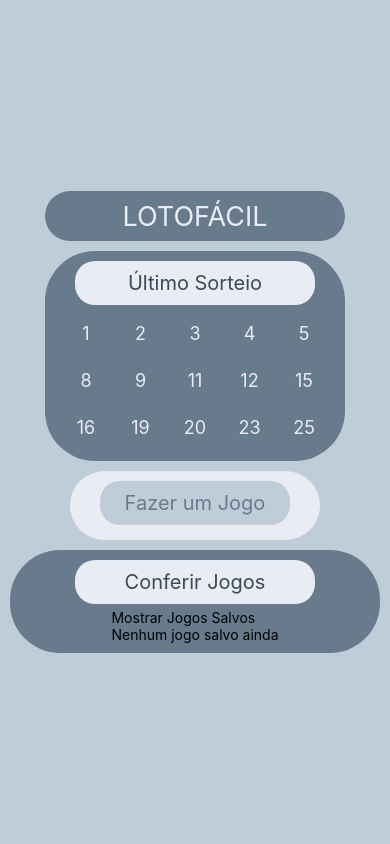
Repository: Deyvid-Kasteh/LotofacilApp
Screen: /
These files come from the project's save history. The screen is drawn as it stood at one moment and after the next save; the edit follows.
The app was drawn by React Native's web renderer in a window 390 px wide. The project was rebuilt for these pictures with package versions that can differ from the ones it lists, and the page was loaded fresh each time. Also part of the build but not shown: Bolhas.js, components/Resultado.js, assets/Cores.js, components/Jogo.js, paginaTESTE.js, paginaTESTE2.js, SeuComponentePai.js, components/ResultadoTexte2.js.

Above is the screen before, as saved 2023-12-02 22:48:06.

### App.js
import { StatusBar } from 'expo-status-bar';
import { Text, View } from 'react-native';
import MainPage from './pages/MainPage';

export default function App() {
  return (
    <MainPage/>
  );
}

### pages/MainPage.js
import { View, Text } from 'react-native'
import React from 'react'
import { StatusBar } from "expo-status-bar";
import Resultado from '../components/Resultado';
import PaginaTesteee from '../paginaTESTE';
import Teste2pagina from '../paginaTESTE2';
import SeuComponentePai from '../SeuComponentePai';
import ResultadoTexte from '../components/ResultadoTexte';
import ResultadoTexte2 from '../components/ResultadoTexte2';
import MostrarJogosSalvos from '../components/MostrarJogosSalvos';
import ResultadoTexteParaFazerCorreções from '../paginaTESTE';


const MainPage = () => {
  return (
    <View
      style={{
        flex: 1,
        alignItems: "center",
        justifyContent: "flex-start",
        backgroundColor: "#BFCDD9",
      }}
    >
      <StatusBar style="auto" />
      {/* <Text>Lotofácil</Text> */}
      {/* <Resultado /> */}
      {/* <PaginaTesteee /> */}
      {/* <Teste2pagina/> */}
      {/* <SeuComponentePai/> */}
      <ResultadoTexte />
      {/* <ResultadoTexte2/> */}
      {/* <MostrarJogosSalvos /> */}
      {/* <ResultadoTexteParaFazerCorreções/> */}
    </View>
  );
}

export default MainPage

### components/ResultadoTexte.js
import { View, Text, TouchableOpacity } from "react-native";
import React, { useState } from "react";
import AsyncStorage from "@react-native-async-storage/async-storage";

import Bubble from "./Bubble";
import latestJson from "../Latest.json";
import Bolhas from "../Bolhas";
import Jogo from "./Jogo";
import MostrarJogosSalvos from "./MostrarJogosSalvos";

// Defina constantes para cores
const backgroundColor1 = "#687B8C";
const backgroundColor2 = "#394A59";
const backgroundColor3 = "#E9ECF2";

const bolhasContainerStyle = {
  flexWrap: "wrap",
  flexDirection: "row",
  alignContent: "center",
  justifyContent: "space-evenly",
};
const ResultadoTexte = () => {
  const [viewHeight, setViewHeight] = useState(50);
  const toggleHeight = () => {
    const newHeight = viewHeight === 50 ? 200 : 50;
    setViewHeight(newHeight);
    console.log("mudou");
  };

  const [alturaView1, setAlturaView1] = useState(200);
  const toggleAltura = () => {
    const novaAltura = alturaView1 === 200 ? 50 : 200;
    setAlturaView1(novaAltura);
  };

  const [alturaView3, setAlturaView3] = useState(200);
  const toggleAlturaView3 = () => {
    const novaAlturaView3 = alturaView3 === 200 ? 50 : 200;
    setAlturaView3(novaAlturaView3);
  };

  const dezenas = latestJson.Dezenas;

  const renderFazerJogo = () => {
    const [chosenNumbers, setChosenNumbers] = useState([]);
    const bolhasSelecionadas = chosenNumbers.length;
    const onSaveJogoPress = async () => {
      if (bolhasSelecionadas === 15) {
        try {
          // Recupera os jogos já salvos (se existirem)
          const jogosSalvosJSON = await AsyncStorage.getItem("meusJogos");
          const jogosSalvos = jogosSalvosJSON
            ? JSON.parse(jogosSalvosJSON)
            : [];

          // Cria um objeto representando o jogo atual
          const jogoAtual = {
            numerosSelecionados: chosenNumbers,
            data: new Date().toLocaleString(),
          };

          // Adiciona o jogo atual à lista de jogos
          jogosSalvos.push(jogoAtual);

          // Salva a lista atualizada de jogos no AsyncStorage
          await AsyncStorage.setItem("meusJogos", JSON.stringify(jogosSalvos));

          console.log("Jogo salvo!");
          // Limpa os números escolhidos após salvar o jogo
          setChosenNumbers([]);
        } catch (error) {
          console.error("Erro ao salvar o jogo:", error);
        }
      } else {
        console.log("Selecione exatamente 15 números para salvar o jogo.");
      }
    };
    const handleBolhaPress = (numero) => {
      if (chosenNumbers.includes(numero)) {
        setChosenNumbers(chosenNumbers.filter((num) => num !== numero));
      } else {
        if (bolhasSelecionadas < 15) {
          setChosenNumbers([...chosenNumbers, numero]);
        }
      }
    };
    const dezenasParaEscolher = Array.from({ length: 25 }, (_, i) => i + 1);

    if (viewHeight === 50) {
      return null;
    } else {
      return (
        <View style={{ justifyContent: "center", alignItems: "center" }}>
          <View style={{}}>
            <Text
              style={{
                color: backgroundColor3,
                fontSize: 16,
              }}
            >
              Escolha 15 números
            </Text>
          </View>
          <View style={bolhasContainerStyle}>
            {dezenasParaEscolher.map((numero, index) => (
              <Bolhas
                key={index}
                numero={numero}
                choose={chosenNumbers.includes(numero)}
                onPress={() => handleBolhaPress(numero)}
              />
            ))}
          </View>
          <View key="números" style={{}}>
            <Text
              style={{
                color: backgroundColor3,
                fontSize: 16,
              }}
            >
              {bolhasSelecionadas} números selecionados
            </Text>
            <TouchableOpacity onPress={onSaveJogoPress}>
              <Text
                style={{
                  color: bolhasSelecionadas === 15 ? "green" : backgroundColor3,
                }}
              >
                SALVAR JOGO
              </Text>
            </TouchableOpacity>
            {/* <TouchableOpacity onPress={onDeleteJogosPress}>
              <Text style={{ color: "red" }}>DELETAR JOGOS</Text>
            </TouchableOpacity> */}
          </View>
        </View>
      );
    }
  };

  const renderConferirJogos = () => {
    const [chosenNumbers, setChosenNumbers] = useState([]);
    const handleBolhaPress = (numero) => {
      if (chosenNumbers.includes(numero)) {
        setChosenNumbers(chosenNumbers.filter((num) => num !== numero));
      } else {
        // Adicione a lógica para permitir no máximo 15 bolhas selecionadas
        if (chosenNumbers.length < 15) {
          setChosenNumbers([...chosenNumbers, numero]);
        }
      }
    };
    const dezenasParaEscolher = Array.from({ length: 25 }, (_, i) => i + 1);
    if (alturaView3 === 50) {
      return null; // Retorna null se a altura for 50
    } else {
      return (
        <View style={bolhasContainerStyle}>
          <MostrarJogosSalvos />
        </View>
      );
    }
  };

  return (
    <View
      style={{
        flex: 1,
        justifyContent: "center",
        alignItems: "center",
      }}
    >
      <View
        style={{
          width: 300,
          height: 50,
          borderRadius: 50,
          alignItems: "center",
          justifyContent: "center",
          elevation: 2,
          backgroundColor: backgroundColor1,
          marginBottom: 10,
        }}
      >
        <Text
          style={{
            color: backgroundColor3,
            fontSize: 27,
          }}
        >
          LOTOFÁCIL
        </Text>
      </View>

      <View
        key="1"
        style={[
          {
            width: 300,
            padding: 10,
            borderRadius: 50,
            alignItems: "center",
            elevation: 2,
            backgroundColor: backgroundColor1,
            marginBottom: 10,
          },
          alturaView1 === 50
            ? { width: 250, backgroundColor: "#E9ECF2" }
            : { width: 300, backgroundColor: "#687B8C" },
        ]}
      >
        <TouchableOpacity
          style={[
            {
              width: 240,
              backgroundColor: backgroundColor3,
              elevation: 5,
              justifyContent: "center",
              alignItems: "center",
              padding: 10,
              borderRadius: 20,
              marginBottom: 5,
            },
            alturaView1 === 50
              ? { width: 190, backgroundColor: "#BFCDD9" }
              : { width: 240, backgroundColor: "#E9ECF2" },
          ]}
          onPress={() => toggleAltura()}
        >
          <Text
            style={{
              fontSize: 20,
              color: alturaView1 === 50 ? backgroundColor1 : backgroundColor2,
            }}
          >
            Último Sorteio
          </Text>
        </TouchableOpacity>

        {alturaView1 === 200 && (
          <View style={bolhasContainerStyle}>
            {dezenas.map((numero, index) => (
              <Bubble key={index} numero={numero} />
            ))}
          </View>
        )}
      </View>

      <View
        key="2"
        style={[
          {
            width: 300,
            padding: 10,
            borderRadius: 50,
            alignItems: "center",
            elevation: 2,
            marginBottom: 10,
          },
          viewHeight === 50
            ? { width: 250, backgroundColor: "#E9ECF2" }
            : { width: 300, backgroundColor: "#687B8C" },
        ]}
      >
        <TouchableOpacity
          style={[
            {
              width: 240,
              elevation: 5,
              justifyContent: "center",
              alignItems: "center",
              padding: 10,
              borderRadius: 20,
              marginBottom: 5,
            },
            viewHeight === 50
              ? { width: 190, backgroundColor: "#BFCDD9" }
              : { width: 240, backgroundColor: "#E9ECF2" },
          ]}
          onPress={() => toggleHeight()}
        >
          <Text
            style={{
              fontSize: 20,
              color: viewHeight === 50 ? backgroundColor1 : backgroundColor2,
            }}
          >
            Fazer um Jogo
          </Text>
        </TouchableOpacity>
        {renderFazerJogo()}
      </View>
      <View
        key="3"
        style={[
          {
            width: 300,
            padding: 10,
            borderRadius: 50,
            alignItems: "center",
            elevation: 2,
          },
          alturaView3 === 50
            ? { width: 250, backgroundColor: "#E9ECF2" }
            : { width: 370, backgroundColor: "#687B8C" },
        ]}
      >
        <TouchableOpacity
          style={[
            {
              width: 240,
              elevation: 5,
              justifyContent: "center",
              alignItems: "center",
              padding: 10,
              borderRadius: 20,
              marginBottom: 5,
            },
            alturaView3 === 50
              ? { width: 190, backgroundColor: "#BFCDD9" }
              : { width: 240, backgroundColor: "#E9ECF2" },
          ]}
          onPress={() => toggleAlturaView3()}
        >
          <Text
            style={{
              fontSize: 20,
              color: alturaView3 === 50 ? backgroundColor1 : backgroundColor2,
            }}
          >
            Conferir Jogos
          </Text>
        </TouchableOpacity>
        {renderConferirJogos()}
        {/* <MostrarJogosSalvos/> */}
      </View>
    </View>
  );
};

export default ResultadoTexte;

### components/MostrarJogosSalvos.js

import React, { useState, useEffect } from "react";
import { View, Text, TouchableOpacity } from "react-native";
import AsyncStorage from "@react-native-async-storage/async-storage";
import Jogo from "./Jogo";

const MostrarJogosSalvos = () => {
  const [jogosSalvos, setJogosSalvos] = useState([]);

  // Adicione a função saveJogos
  const saveJogos = async (jogos) => {
    try {
      await AsyncStorage.setItem("meusJogos", JSON.stringify(jogos));
    } catch (error) {
      console.error("Erro ao salvar jogos:", error);
    }
  };

  const handleDelete = async (index) => {
    try {
      const jogosAtualizados = [...jogosSalvos];
      jogosAtualizados.splice(index, 1);

      await saveJogos(jogosAtualizados);

      setJogosSalvos(jogosAtualizados);
    } catch (error) {
      console.error("Erro ao deletar jogo:", error);
    }
  };

  useEffect(() => {
    const carregarJogosSalvos = async () => {
      try {
        const jogosSalvosJSON = await AsyncStorage.getItem("meusJogos");
        const jogosSalvos = jogosSalvosJSON ? JSON.parse(jogosSalvosJSON) : [];
        setJogosSalvos(jogosSalvos);
      } catch (error) {
        console.error("Erro ao carregar jogos salvos:", error);
      }
    };

    carregarJogosSalvos();
  }, []);

  return (
    <View>
      <TouchableOpacity onPress={() => console.log("Mostrar jogos salvos")}>
        <Text>Mostrar Jogos Salvos</Text>
      </TouchableOpacity>

      {jogosSalvos.length === 0 ? (
        <Text>Nenhum jogo salvo ainda</Text>
      ) : (
        jogosSalvos.map((jogo, index) => (
          <Jogo
            key={index}
            numerosSelecionados={jogo.numerosSelecionados}
            onDelete={() => handleDelete(index)}
          />
        ))
      )}
    </View>
  );
};

export default MostrarJogosSalvos;

### components/Bubble.js
import { View, Text } from "react-native";
import React from "react";

const Bubble = (props) => {
  if (props.choose) {console.log(props.choose)}
  return (
    <View
      style={[
        {
          width: 35,
          height: 35,
          // backgroundColor: "#394A59",
          // backgroundColor: "#687B8C",

          borderRadius: 50,
          alignContent: "center",
          justifyContent: "center",
          alignItems: "center",
          margin: 6,
          // elevation: 5,
          opacity: 1,
        },
        props.choose
          ? { backgroundColor: "#394A59" }
          : { backgroundColor: "#687B8C" },
      ]}
    >
      <Text
        style={{
          color: "#E9ECF2",
          fontSize: 18,
        }}
      >
        {props.numero}
      </Text>
    </View>
  );
};

export default Bubble;

### Latest.json
{
  "concurso": 2960,
  "Data Sorteio": "22/11/2023",
  "Dezenas": [
    1,
    2,
    3,
    4,
    5,
    8,
    9,
    11,
    12,
    15,
    16,
    19,
    20,
    23,
    25
  ],
  "Ganhadores 15 acertos": 3,
  "Cidade / UF": "BRASILIA/DF; JARAGUA/GO; IPATINGA/MG",
  "Premio 15 Acertos": "R$1.639.439,24",
  "Ganhadores 14 Acertos": 433,
  "Premio 14 Acertos": "R$1.732,84",
  "Ganhadores 13 Acertos": 13831,
  "Premio 13 Acertos": "R$30,00",
  "Ganhadores 12 Acertos": 163567,
  "Premio 12 Acertos": "R$12,00",
  "Ganhadores 11 Acertos": 882304,
  "Premio 11 Acertos": "R$6,00"
}

After the next save:
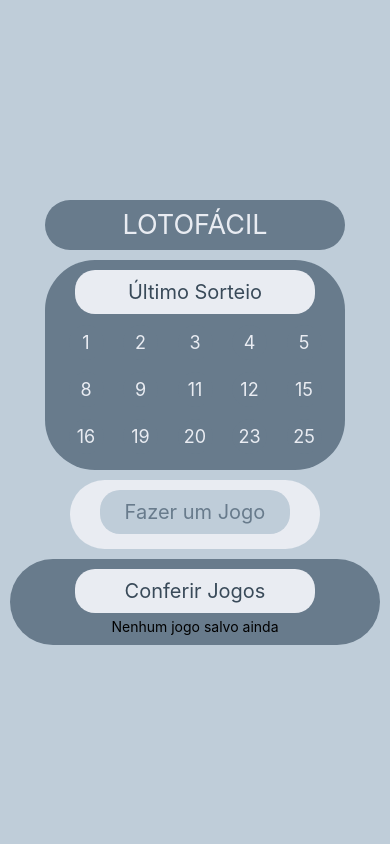
Saved 54 s later.
--- a/components/MostrarJogosSalvos.js
+++ b/components/MostrarJogosSalvos.js
@@ -46,7 +46,6 @@
   return (
     <View>
       <TouchableOpacity onPress={() => console.log("Mostrar jogos salvos")}>
-        <Text>Mostrar Jogos Salvos</Text>
       </TouchableOpacity>
 
       {jogosSalvos.length === 0 ? (
